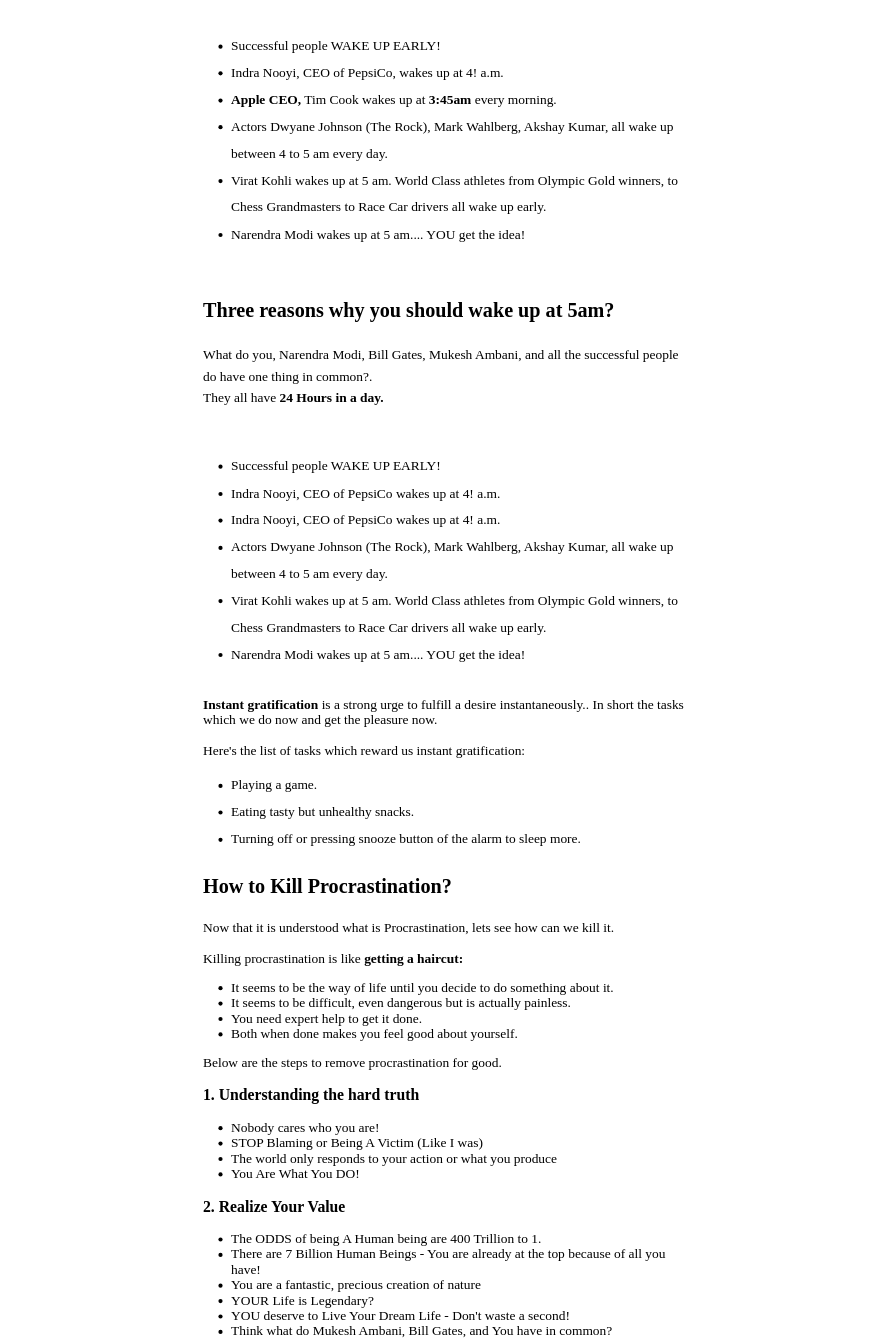
Repository: PuneetP16/Portfolio
Page: Wake Up At 5 AM Every Single Day Like Clockwork.html
The author's editor kept a copy of each file at every save. The page is drawn from the files as they stood at one save, then again after the next save.
The browser window is 1280 px wide. The pictures show the part of the page from y = 1094 to 3014 px (the page is 4925 px tall before and 4896 px after), at 70% of full size.
A picture or video elsewhere on the page could not be fetched, so the positions and the page height are approximate. Some web fonts or font styles are not loaded; a fallback is used.

Above is the page before, as saved 2021-12-10 02:52:40.

### Wake Up At 5 AM Every Single Day Like Clockwork.html
<!DOCTYPE html>
<html lang="en">

<head>
  <meta charset="UTF-8" />
  <meta name="viewport" content="width=device-width, initial-scale=1.0" />
  <title>Wake Up At 5 AM Every Single Day Like Clockwork: Practical Approach</title>
  <link rel="stylesheet" href="style.css" />
</head>

<body>
  <div class="blog-container blog-container-center" style="margin-top: 5rem">
    <h1 class="main-head">Wake Up At 5 AM Every Single Day Like Clockwork: Practical Approach</h1>
    <strong> December 5, 2021</strong>
    <header class="blog-head">
      <img class="blog-img"
        src="Images/sage-friedman-HS5CLnQbCOc-unsplash.jpg"
        alt="Code" />
    </header>

    <hr />

    <p class="blog-paragraph">
      Waking up early is equal to <strong>reduced stress levels</strong> and <strong>peace</strong> is its effect. When you rise early, it removes the need to rush in the morning. It is then that your day starts on an optimistic note, and this positivity stays with you throughout the day.
    </p>

    <h2 class="blog-h2">The Secret of Success of World Class Performers</h2>
    <p class="blog-paragraph">
      What do you, Narendra Modi, Bill Gates, Mukesh Ambani, and all the successful people do have one thing in common?.
     <br> They all have <strong>24 Hours in a day.</strong><br> <br>
      <ul style="line-height: 2">
        <li>Successful people WAKE UP EARLY!</li>
        <li>Indra Nooyi, CEO of PepsiCo, wakes up at 4! a.m.</li>
        <li> <strong>Apple CEO,</strong> Tim Cook wakes up at <strong>3:45am</strong> every morning. </li>
         <li>Actors Dwyane Johnson (The Rock), Mark Wahlberg, Akshay Kumar, all wake up between 4 to 5 am every day.</li>
         <li>Virat Kohli wakes up at 5 am. World Class athletes from Olympic Gold winners, to Chess Grandmasters to Race Car drivers all wake up early.</li>
         <li>Narendra Modi wakes up at 5 am.... YOU get the idea!</li>
      </ul>
      <br>

      <h2 class="blog-h2">Three reasons why you should wake up at 5am?</h2>
      <p class="blog-paragraph">
        What do you, Narendra Modi, Bill Gates, Mukesh Ambani, and all the successful people do have one thing in common?.
       <br> They all have <strong>24 Hours in a day.</strong><br> <br>
        <ul style="line-height: 2">
          <li>Successful people WAKE UP EARLY!</li>
          <li>Indra Nooyi, CEO of PepsiCo wakes up at 4! a.m.</li>
          <li>Indra Nooyi, CEO of PepsiCo wakes up at 4! a.m. </li>
           <li>Actors Dwyane Johnson (The Rock), Mark Wahlberg, Akshay Kumar, all wake up between 4 to 5 am every day.</li>
           <li>Virat Kohli wakes up at 5 am. World Class athletes from Olympic Gold winners, to Chess Grandmasters to Race Car drivers all wake up early.</li>
           <li>Narendra Modi wakes up at 5 am.... YOU get the idea!</li>
        </ul>
        <br>

      <strong>Instant gratification</strong> is a strong urge to fulfill a desire instantaneously.. In short the tasks which we do now and get the pleasure now. <br><br>
        Here's the list of tasks which reward us instant gratification:
      <ul style="line-height: 2">
        <li>Playing a game.</li>
        <li>Eating tasty but unhealthy snacks.</li>
        <li>Turning off or pressing snooze button of the alarm to sleep more.</li>
      </ul>
      <h2 class="blog-h2">How to Kill Procrastination?</h2>
      Now that it is understood what is Procrastination, lets see how can we kill it.<br><br>
      Killing procrastination is like <strong> getting a haircut:</strong> <br>
      <ul>
        <li>It seems to be the way of life until you decide to do something about it.</li>
        <li>It seems to be difficult, even dangerous but is actually painless.</li>
        <li>You need expert help to get it done.</li>
        <li>Both when done makes you feel good about yourself.</li>
      </ul>
      Below are the steps to remove procrastination for good.
      <h3>1. Understanding the hard truth </h3>
      <ul>
        <li>Nobody cares who you are!</li>
        <li>STOP Blaming or Being A Victim (Like I was) </li>
        <li>The world only responds to your action or what you produce</li>
        <li>You Are What You DO!</li>
      </ul>

      <h3>2. Realize Your Value</h3>
      <ul>
        <li>The ODDS of being A Human being are 400 Trillion to 1. </li>
        <li>There are 7 Billion Human Beings - You are already at the top because of all you have!</li>
        <li>You are a fantastic, precious creation of nature</li>
        <li>YOUR Life is Legendary?</li>
        <li>YOU deserve to Live Your Dream Life - Don't waste a second!</li>
        <li>Think what do Mukesh Ambani, Bill Gates, and You have in common?</li>
      </ul>

      <h3>3. Find Your WHY </h3>
      <ul>
        <li>Find the reason You want to LIVE YOUR DREAM LIFE.</li>
        <li>To give your loved ones the time, the gifts, the environment, the pampering they deserve?</li>
        <li>To give back to this fantastic world in any form?</li>
        <li>To be remembered as a Legend in your field? </li>
        <li>WHAT IS YOUR LIFE'S MISSION?</li>
        <li>You should write: "I want to Live My Dream Life Because…….."</li>
      </ul>

      <h3>4. Remove the 2 Hurdles</h3>
      <ol>
        <li>Instant Gratification Activities (Dopamine Detox)</li>
        <li>Your 1 Toxic Habit (Use I.E.R)</li>
      </ol>

      <h4>1st Hurdle: Instant Gratification Activities (Dopamine Detox)</h4>
      <ul>
        <li>Block ALL Notifications in your phone.</li>
        <li>Go to Settings -> Notifications</li>
        <li>Turn notifications off for ALL Apps</li>
        <li>This includes YouTube, Facebook, Instagram,  Amazon, Flipkart, Myntra, & ALL News apps etc.</li>
        <li>Such a Simple Step can itself show immediate benefits.</li>
        <li>Digital Detox - For the next 24 Hours - No Videos of any Kind, No Social Media, No Video Games, no songs.</li>
        <li>You can only read, write, talk, walk, eat simple food.</li>
      </ul>

      <h4>2nd Hurdle: Your 1 Toxic Habit (Use I.E.R)</h4>
      <ul>
        <li>I for identify: What is the one unproductive habit that takes up all your spare time?</li>
        <li>E for Eliminate: Remove it from the root. Never do it again.</li>
        <li>R for Replace: With 1 productive habit which contributes to your long-term growth. Make it easily accessible. Productive habits can be anything reading, writing, training or being with family.</li>
        <li>1 toxic habit wastes 80-90% of your time. Implementing this TODAY will dramatically transform you day.</li>
      </ul>

      <h3>5. Take Action NOW.</h3>
      <ol>
        <li>STEP 1: Write Down " I need to Live My Dream Life because..."</li>
        <li>STEP 2: Block ALL app notifications & go on a Digital Detox for 24 hours.</li>
        <li>STEP 3: Identify, Eliminate and Replace your one TOXIC HABIT. </li>
      </ol>
      I recommend to use the following worksheet to remove procrastination for good. <br>
      <a href="https://paruluniversityacin-my.sharepoint.com/:w:/g/personal/180305221005_paruluniversity_ac_in/Ebi1ldGi0OpBhula2y21DAMBttAGShh9H3HnfXRHy4TEcg?e=gIK8Ci">Digital worksheet for killing procrastination and finding your WHY.</a>
    <h2 class="blog-h2">Final Words</h2>
      <h3 class="quotes">If You Procrastinate on Killing Procrastination, Procrastination will kill you!</h3>
      <h3 class="quotes">Nothing can stop the man who will bet even his own existence on his stated purpose.</h3>

    <hr />

    <footer class="blog-footer">
      <div><strong>Social media handle's</strong></div>
      <ul class="social-links list-non-bullet">
        <li class="list-item-inline">
          <a class="link" href="https://twitter.com/PatelPuneet16" target="_blank">Twitter</a>
        </li>
        <li class="list-item-inline">
          <a class="link" href="https://github.com/PuneetP16" target="_blank">Github</a>
        </li>
        <li class="list-item-inline">
          <a class="link" href="https://www.linkedin.com/in/puneet-patel-96b607a0/" target="_blank">LinkedIn</a>
        </li>
      </ul>
    </footer>
  </div>
</body>

</html>

### style.css
@import url('https://fonts.googleapis.com/css2?family=Fuzzy+Bubbles&family=Merriweather&family=Montserrat:ital,wght@0,400;1,500&family=Sacramento&display=swap');

:root {
  --primary-color: #F87171;
  --off-white: #f3f4f6;
  --dark-gray: #6b7280;
}

body {
  font-family: 'Fuzzy Bubbles', cursive;
  max-width: 85%;
  margin: 0px auto;
  font-size: 1.2rem;
}

.container {
  padding-left: 1rem;
  padding-right: 1rem;
}

.container-center {
  max-width: 900px;
  width: 100%;
  margin: auto;
}

.container-center h1 {
  font-family: 'Sacramento', cursive;
  font-size: 2.4rem;
}

hr {
  margin: 2rem 0;
}

/** links **/
.link {
  text-decoration: none;
  border-radius: 0.5rem;
  padding: 0.8rem 0.8rem;
  margin-top: 0.5rem;
  margin-bottom: 0.5rem;
  display: inline-block;
}

.link-primary {
  background-color: var(--primary-color);
  color: white;
}

.link-secondary {
  border: 1px solid var(--primary-color);
  color: var(--primary-color);
}

.link-without-decoration {
  display: block;
  text-decoration: none;
  color: white;
  font-size: 2rem;
  margin: auto;
  text-align: center;
  padding-right: 550px;
}

/** Lists **/
.list-non-bullet {
  list-style: none;
  padding-inline-start: 0px;
  margin-block-end: 0px;
}

.list-item-inline {
  display: inline;
  padding: 0rem 0.5rem;
}

.list-item-container {
  padding: 1rem;
  text-align: center;
  border-radius: 1rem;
  margin-top: 1rem;
  margin-bottom: 3rem;
}

/** Navigation **/
.navigation {
  background-color: var(--primary-color);
  color: white;
  padding: 1rem;
  margin-bottom: 2rem;
  border-bottom-left-radius: 2rem;
  border-bottom-right-radius: 2rem;
}

.navigation .nav-head {
  font-weight: bold;
  font-size: 1.2rem;
}

.navigation .nav-pills {
  text-align: right;
  margin-top: 0px;
}

.navigation .link {
  color: white;
  font-size: 1.4rem;
}

.navigation .link-active {
  font-weight: bold;
}

/** Header **/
.hero {
  padding: 2rem;
}

.hero .hero-img {
  max-width: 450px;
  display: block;
  margin: auto;
}

.hero .hero-heading {
  color: var(--dark-gray);
  text-align: center;
}

.hero .hero-heading span {
  color: var(--primary-color);
}
/** Sections **/

.section {
  margin-top: 2rem;
  padding: 2rem;
  border-radius: 1rem;
  text-align: center;
}

.section p {
  font-size: 1.2rem;
}

.ow {
  background-color: var(--off-white);
}

/** Footer **/
.footer {
  background-color: var(--primary-color);
  color: white;
  margin-top: 2rem;
  padding: 2rem;
  padding-top: 20px;
  padding-bottom: 16px;
  border-top-right-radius: 1rem;
  text-align: center;
  border-top-left-radius: 3rem;
  border-top-right-radius: 3rem;
}

.footer .footer-header {
  font-weight: bold;
  font-size: large;
}

.footer .link {
  color: white;
}

.footer .social-links {
  padding-inline-start: 0px;
  margin-top: 8 px;
}

/** Blog Styling **/

.blog-container {
  padding-left: 1rem;
  padding-right: 1rem;
}

.blog-container-center {
  max-width: 700px;
  width: 100%;
  margin: auto;
}

div .blog-paragraph {
  margin-top: 2rem;
  margin-bottom: 2rem;
  line-height: 1.6;
}

div .blog-h2 {
  margin-top: 2rem;
  margin-bottom: 2rem;
}

div .blog-img {
  width: 100%;
  display: block;
}

div .blog-head {
  padding: 1rem;
}

/** blog footer **/

.blog-footer {
  color: Black;
  margin-top: 2rem;
  padding: 2rem;
  border-top-right-radius: 1rem;
  text-align: center;
}

.blog-footer .link {
  color: blue;
}

.main-head {
  font-weight: normal;
  margin-bottom: 0.5rem;
}

.quotes {
  text-align: center;
  font-size: 1.6rem;
  color:darkcyan;
}

.contact-me {
  background-color:#FEE2E2;
  padding: 0.05rem 0.5rem 2rem 0.5rem;
  border-radius: 1rem;
  font-size: 1.13rem;
}


.contact-me .btn{
  /* text-align: center;
  width: auto; */
  border-radius: 15px;
  font-size: 20px;
  font-weight: 600;
  background-color: var(--primary-color);
  color: white;
  padding: 10px 30px;
  border: 2px solid #000000;
  margin: auto;
  margin-top: 1rem;
  cursor: pointer;
  max-width: 85%;
}

.contact-me .btn:hover{
  background-color: #5FA8D3;
  color: #1B4965;
}

After the next save:
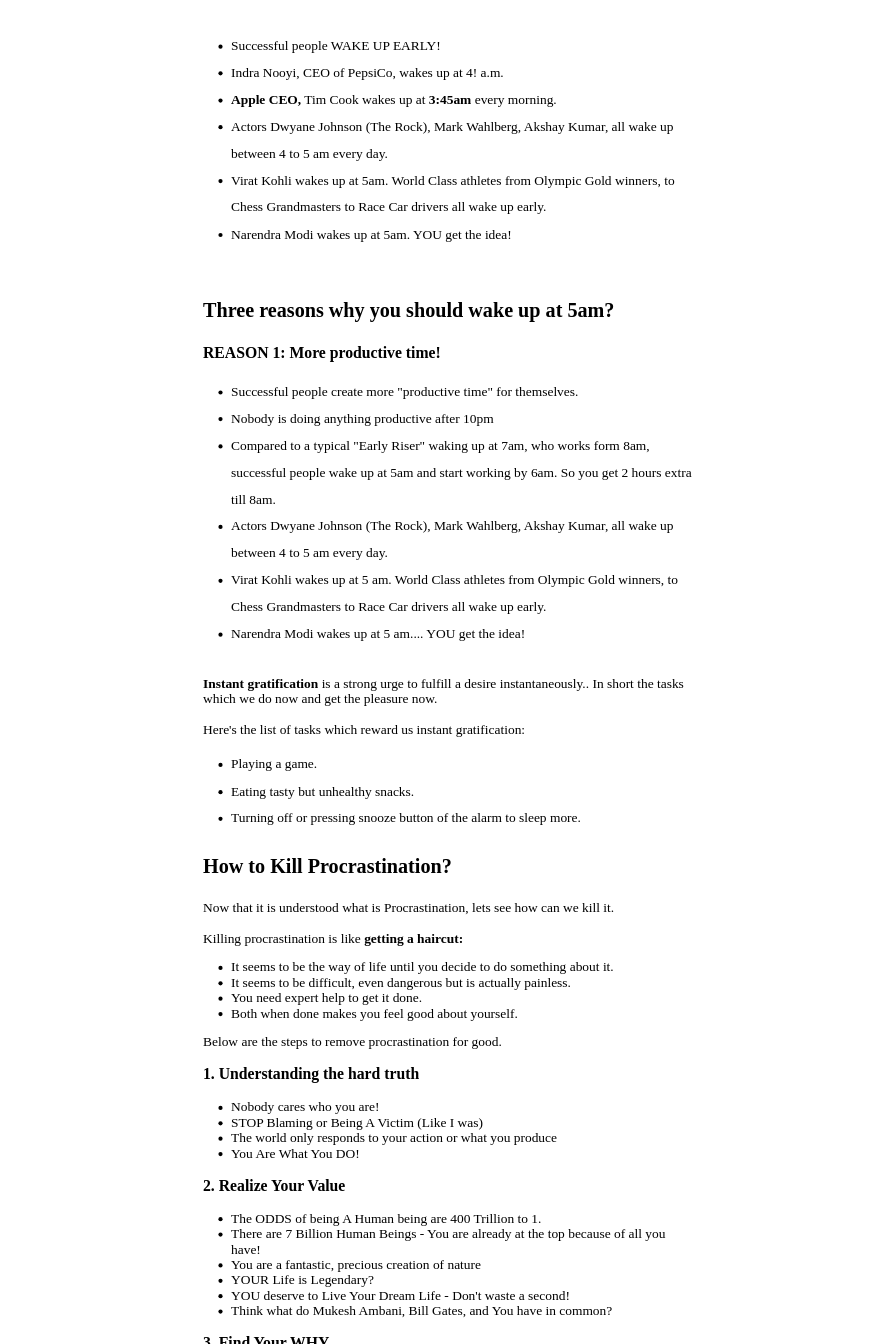
Saved 9 min 35 s later.
--- a/Wake Up At 5 AM Every Single Day Like Clockwork.html
+++ b/Wake Up At 5 AM Every Single Day Like Clockwork.html
@@ -33,19 +33,18 @@
         <li>Indra Nooyi, CEO of PepsiCo, wakes up at 4! a.m.</li>
         <li> <strong>Apple CEO,</strong> Tim Cook wakes up at <strong>3:45am</strong> every morning. </li>
          <li>Actors Dwyane Johnson (The Rock), Mark Wahlberg, Akshay Kumar, all wake up between 4 to 5 am every day.</li>
-         <li>Virat Kohli wakes up at 5 am. World Class athletes from Olympic Gold winners, to Chess Grandmasters to Race Car drivers all wake up early.</li>
-         <li>Narendra Modi wakes up at 5 am.... YOU get the idea!</li>
+         <li>Virat Kohli wakes up at 5am. World Class athletes from Olympic Gold winners, to Chess Grandmasters to Race Car drivers all wake up early.</li>
+         <li>Narendra Modi wakes up at 5am. YOU get the idea!</li>
       </ul>
-      <br>
+      <br> </p>
 
       <h2 class="blog-h2">Three reasons why you should wake up at 5am?</h2>
       <p class="blog-paragraph">
-        What do you, Narendra Modi, Bill Gates, Mukesh Ambani, and all the successful people do have one thing in common?.
-       <br> They all have <strong>24 Hours in a day.</strong><br> <br>
+        <h3>REASON 1: More productive time! </h3>
         <ul style="line-height: 2">
-          <li>Successful people WAKE UP EARLY!</li>
-          <li>Indra Nooyi, CEO of PepsiCo wakes up at 4! a.m.</li>
-          <li>Indra Nooyi, CEO of PepsiCo wakes up at 4! a.m. </li>
+          <li>Successful people create more "productive time" for themselves.</li>
+          <li>Nobody is doing anything productive after 10pm</li>
+          <li>Compared to a typical "Early Riser" waking up at 7am, who works form 8am, successful people wake up at 5am and start working by 6am. So you get 2 hours extra till 8am. </li>
            <li>Actors Dwyane Johnson (The Rock), Mark Wahlberg, Akshay Kumar, all wake up between 4 to 5 am every day.</li>
            <li>Virat Kohli wakes up at 5 am. World Class athletes from Olympic Gold winners, to Chess Grandmasters to Race Car drivers all wake up early.</li>
            <li>Narendra Modi wakes up at 5 am.... YOU get the idea!</li>
